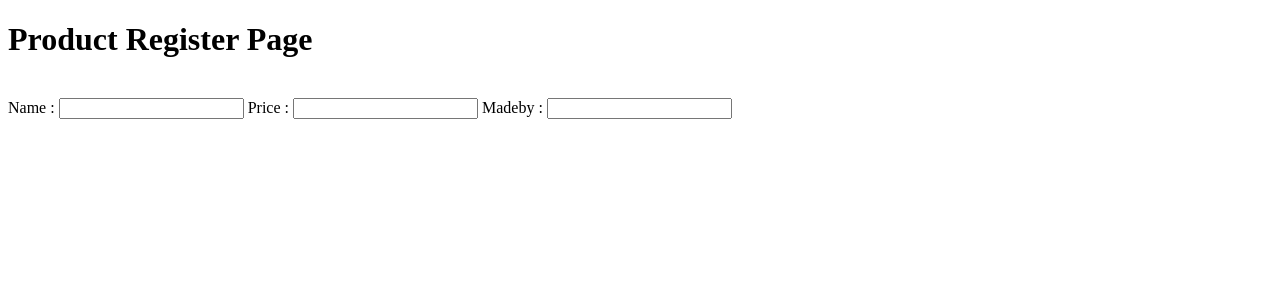
Repository: donghoonshin96/20230601
Page: http://localhost/jsp_study/register.jsp
An editor plug-in stored every save of this project. The page is shown before and after the next save, followed by the edit.
The browser window is 1280 px wide. The pictures show the whole page.
The page is served by Tomcat 9. Other server files are loaded and not shown.

Above is the page before, as saved 2023-05-11 01:20:45.

### jsp_project1/jsp_study/src/main/webapp/register.jsp
<%@ page language="java" contentType="text/html; charset=UTF-8"
    pageEncoding="UTF-8"%>
<!DOCTYPE html>
<html>
<head>
<meta charset="UTF-8">
<title>상품등록 페이지</title>
</head>
<body>
    <h1>Product Register Page</h1>
    <br>
    <form action="">
        Name : <input type="text" name="pname">
        Price : <input type="text" name="price">
        Madeby : <input type="text" name="madeby">
    </form>
</body>
</html>

After the next save:
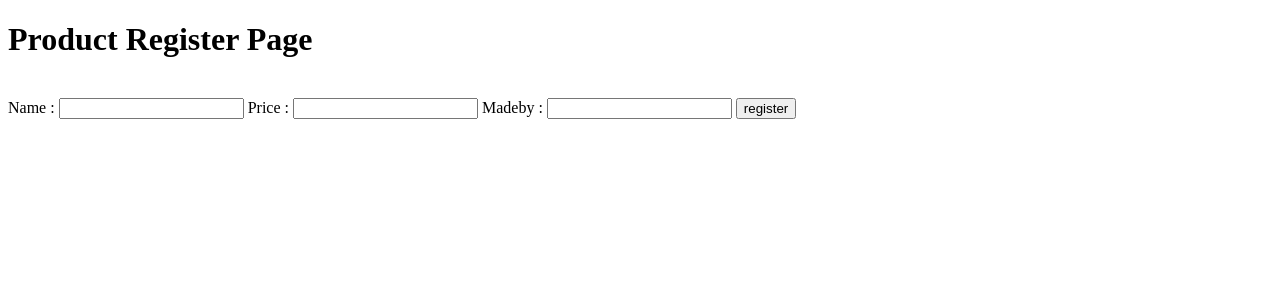
Saved 101 s later.
--- a/jsp_project1/jsp_study/src/main/webapp/register.jsp
+++ b/jsp_project1/jsp_study/src/main/webapp/register.jsp
@@ -9,10 +9,12 @@
 <body>
     <h1>Product Register Page</h1>
     <br>
-    <form action="">
+    <form action="/insert.pd" method="post">
         Name : <input type="text" name="pname">
         Price : <input type="text" name="price">
         Madeby : <input type="text" name="madeby">
+
+        <button type="submit">register</button>
     </form>
 </body>
 </html>
